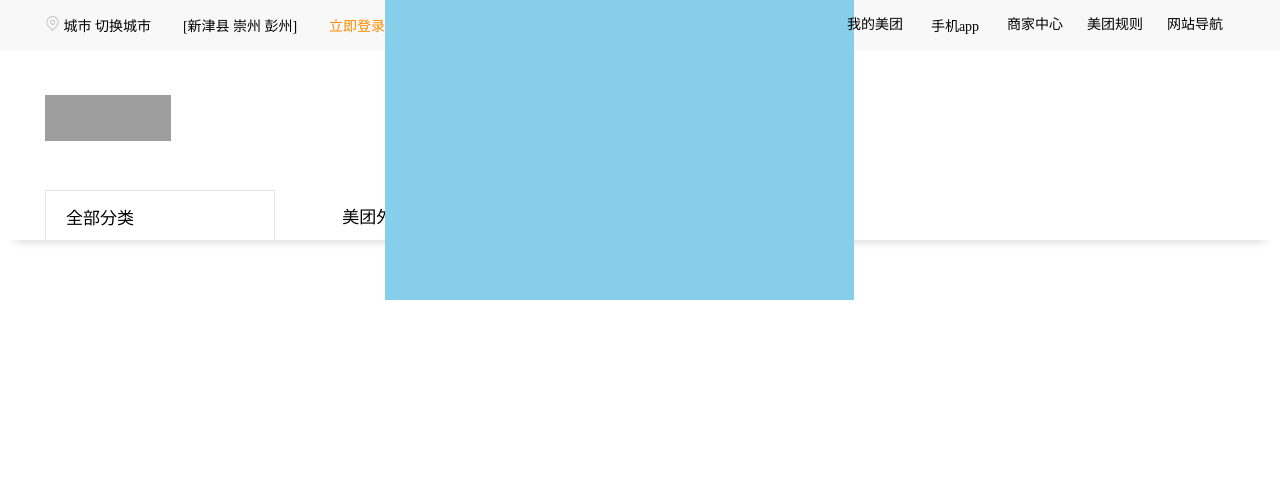
Repository: jinggegeZ/-
Page: /
An editor plug-in stored every save of this project. The page is shown before and after the next save, followed by the edit.
The browser window is 1280 px wide. The pictures show the whole page.
Pictures or frames that could not be fetched are drawn as grey boxes. The page's requests for data from a server got no answer. The project was rebuilt for these pictures with package versions that can differ from the ones it lists, and the page was loaded fresh each time. No one was signed in, and anything a server would have sent is missing. Also part of the build but not shown: vue.config.js.

Above is the page before, as saved 2020-08-20 14:37:48.

After the next save:
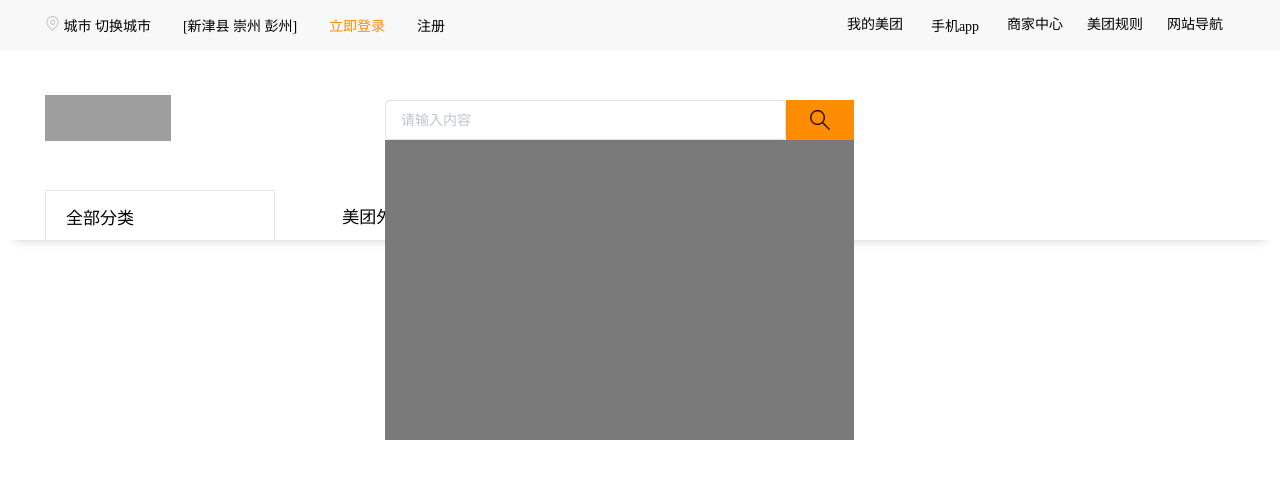
Saved 43 s later.
--- a/src/style/style.css
+++ b/src/style/style.css
@@ -248,11 +248,11 @@
 }
 .nav1input1box {
     position: absolute;
-    top: 0;
+    top: 140px;
     width: 469px;
     height: 300px;
     overflow: auto;
-    background: skyblue;
+    background: rgb(122, 122, 122);
 }
 .item {
     width: 100%;
